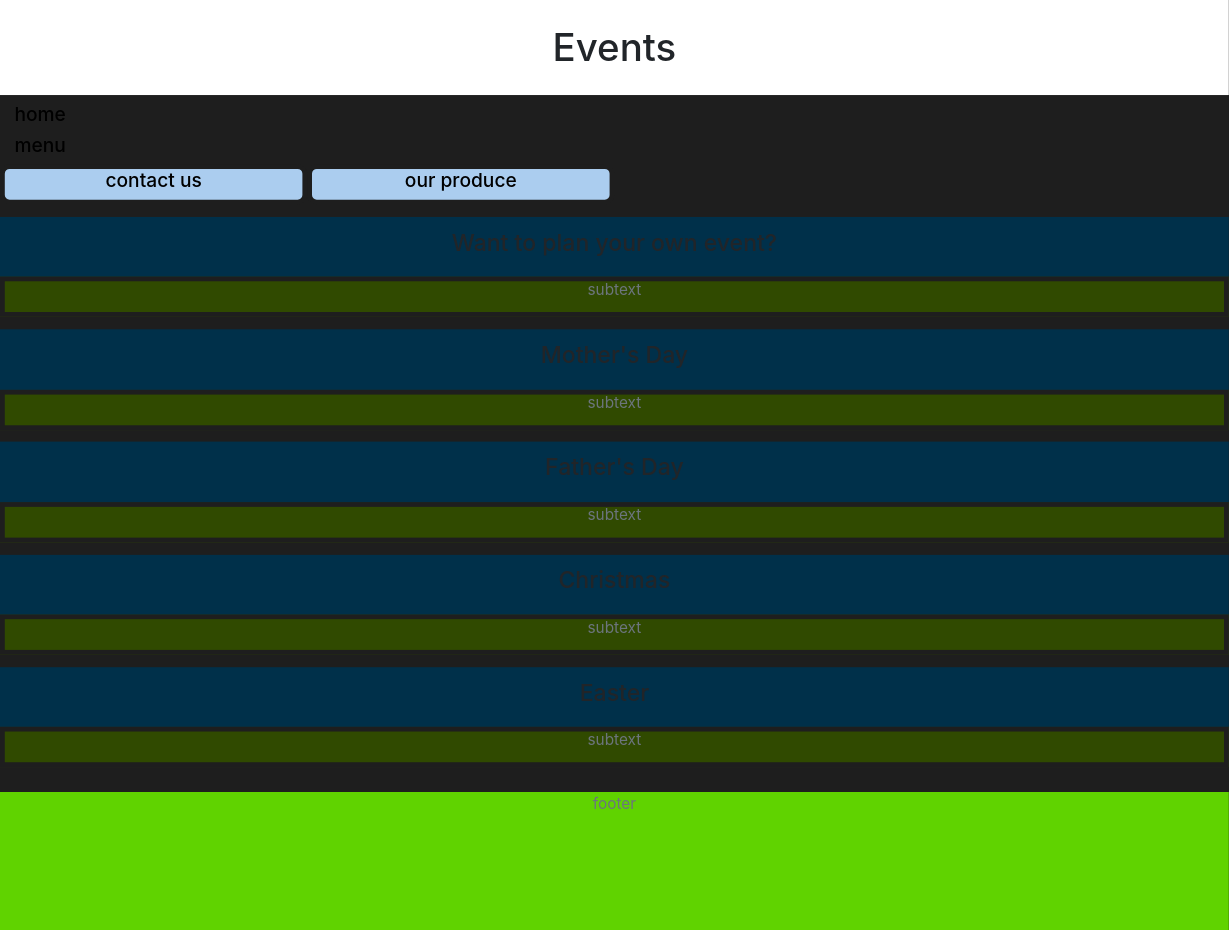
Repository: Code-Institute-Submissions/JamesLStudent-Milestone_One
Page: events.html
The author's editor kept a record of every edit. The page is drawn from the files as they stood at one moment, then again after the next edit.
The browser window is 1280 px wide. The pictures show the whole page, at 96% of full size.

Above is the page before.
Console error: TypeError: Cannot read properties of undefined (reading 'fn')

### events.html
<!DOCTYPE html>
<html lang="en">

<head>
    <meta charset="UTF-8">
    <meta name="viewport" content="width=device-width, initial-scale=1.0">
    <meta http-equiv="X-UA-Compatible" content="ie=edge">
    <title>Welcome to (whatever)</title>
    <link href="Assets/main.css" rel="stylesheet" type="text/css" />
    <link rel="stylesheet" href="https://stackpath.bootstrapcdn.com/bootstrap/4.3.1/css/bootstrap.min.css" integrity="sha384-ggOyR0iXCbMQv3Xipma34MD+dH/1fQ784/j6cY/iJTQUOhcWr7x9JvoRxT2MZw1T" crossorigin="anonymous">
    <script src="https://stackpath.bootstrapcdn.com/bootstrap/4.3.1/js/bootstrap.min.js" integrity="sha384-JjSmVgyd0p3pXB1rRibZUAYoIIy6OrQ6VrjIEaFf/nJGzIxFDsf4x0xIM+B07jRM" crossorigin="anonymous"></script>
</head>

<body class="bg">
    <div class="h1-box">
    <h1>Events</h1>
    </div>
    <a href="index.html">
        <div class="col-6 col-md-12 col-lg-3 navigation-item black-text">
            <h5>home</h5>
        </div>
    </a>
    <a href="menu.html">
        <div class="col-6 col-md-12 col-lg-3 navigation-item black-text">
            <h5>menu</h5>
        </div>
    </a>
    <a href="contacts.html">
        <div class="col-12 col-md-12 col-lg-3 c black-text">
            <h5>contact us</h5>
        </div>
    </a>
    <a href="produce.html">
        <div class="col-12 col-md-12 col-lg-3 d black-text">
            <h5>our produce</h5>
        </div>
    </a>
    <div class="centerer">
        <div class="subtitle">
            <h4>Want to plan your own event?</h4>
        </div>
        <div class="sub-box">
            <p class="text-muted">subtext</p>
        </div>
        <div class="subtitle">
            <h4>Mother's Day</h4>
        </div>
        <div class="sub-box">
            <p class="text-muted">subtext</p>
        </div>
        <div class="subtitle">
            <h4>Father's Day</h4>
        </div>
        <div class="sub-box">
            <p class="text-muted">subtext</p>
        </div>
        <div class="subtitle">
            <h4>Christmas</h4>
        </div>
        <div class="sub-box">
            <p class="text-muted">subtext</p>
        </div>
        <div class="subtitle">
            <h4>Easter</h4>
        </div>
        <div class="sub-box">
            <p class="text-muted">subtext</p>
        </div>
        <footer>
            <div class="footer">
                <p class="text-muted">footer</p>
            </div>
        </footer>
    </div>
</body>

</html>

### Assets/main.css
/*----------------- STYLES APPEARING ON MULTIPLE PAGES -----------------*/

.bg {
    position: absolute;
    top: 0;
    left: 0;
    bottom: 0;
    right: 0;
    display: block;
    background-color: #1e1e1e;
}

h1 {
    background-color: #FFFFFF;
    text-align: center;
    min-height: 40px;
    height: auto;
    padding: 2% 0 2% 0;
}

.h1-box {
    margin-bottom:
}

.subtitle {
    text-align: center;
    padding: 3% 0 3% 0;
    margin: 5% 0 0 0;
    display: inline-block;
    width: 100%;
    min-height: 15px;
    height: auto;
    background-color: #00304A
}

.black-text {
    color: black;
}

footer {
    height: 20%;
    display: block;
    bottom: 0;
    position: relative;
}

.footer {
    display: inline-block;
    margin-top: 5%;
    width: 100%;
    height: 100%;
    background-color: #60D300;
}

.centerer {
    height: 100%;
    text-align: center;
}

/*----------------- MAIN NAV ITEMS -----------------*/

.a {
    background-color: #ABCDEF;
    float: left;
    text-align: center;
    border-radius: 10px;
    border: 5px solid #1e1e1e;
}

.b {
    background-color: #ABCDEF;
    float: left;
    text-align: center;
    border-radius: 10px;
    border: 5px solid #1e1e1e;
}

.c {
    background-color: #ABCDEF;
    float: left;
    text-align: center;
    border-radius: 10px;
    border: 5px solid #1e1e1e;
}

.d {
    background-color: #ABCDEF;
    float: left;
    text-align: center;
    border-radius: 10px;
    border: 5px solid #1e1e1e;
}

/*----------------- HOMEPAGE STYLE -----------------*/

.history {
    margin: 5% 2% 0 2%;
    display: inline-block;
    text-align: center;
    width: 96%;
    height: 50%;
    background-color: #FF7400;
}

.alt-link {
    margin: 5% 2% 0 2%;
    display: inline-block;
    text-align: center;
    width: 96%;
    height: 15%;
    background-color: #FF0000;
}

/*----------------- MENU STYLE -----------------*/

.menu-item {
    background-color: #304A00;
    height: 30%;
    border: 5px solid #1e1e1e;
}

.small-link {
    line-height: 100%;
    display: inline-block;
    text-align: center;
    height: auto;
    background-color: #4A0030;
    border-radius: 10px;
    border: 5px solid #1e1e1e;
    color: #FFFFFF;
}

.spacer {
    margin-top: 5%;
}

.vert-align {
    position: relative;
    top: 50%;
    transform: translateY(-50%);
}

/*----------------- EVENTS STYLE -----------------*/

.sub-box {
    background-color: #304A00;
    height: auto;
    border: 5px solid #1e1e1e;
    line-height: 100%;
}

/*----------------- TABLET MEDIA QUERIES -----------------*/

@media (min-width: 768px) {
    .footer {
        margin-top: 3%;
    }
    .history {
        margin-top: 3%;
    }
    .alt-link {
        margin-top: 4%;
    }
    .subtitle {
        margin-top: 2%;
        padding: 1% 0 1% 0;
    }
    .spacer {
        margin-top: 3%;
    }
}

/*----------------- DESKTOP MEDIA QUERIES -----------------*/

@media (min-width: 992px) {
        .footer {
        margin-top: 2%;
    }
    .history {
        margin-top: 1%;
    }
    .alt-link {
        margin-top: 1%;
    }
    .subtitle {
        margin-top: 1%;
    }
    .spacer {
        margin-top: 1%;
    }
}

After the next edit:
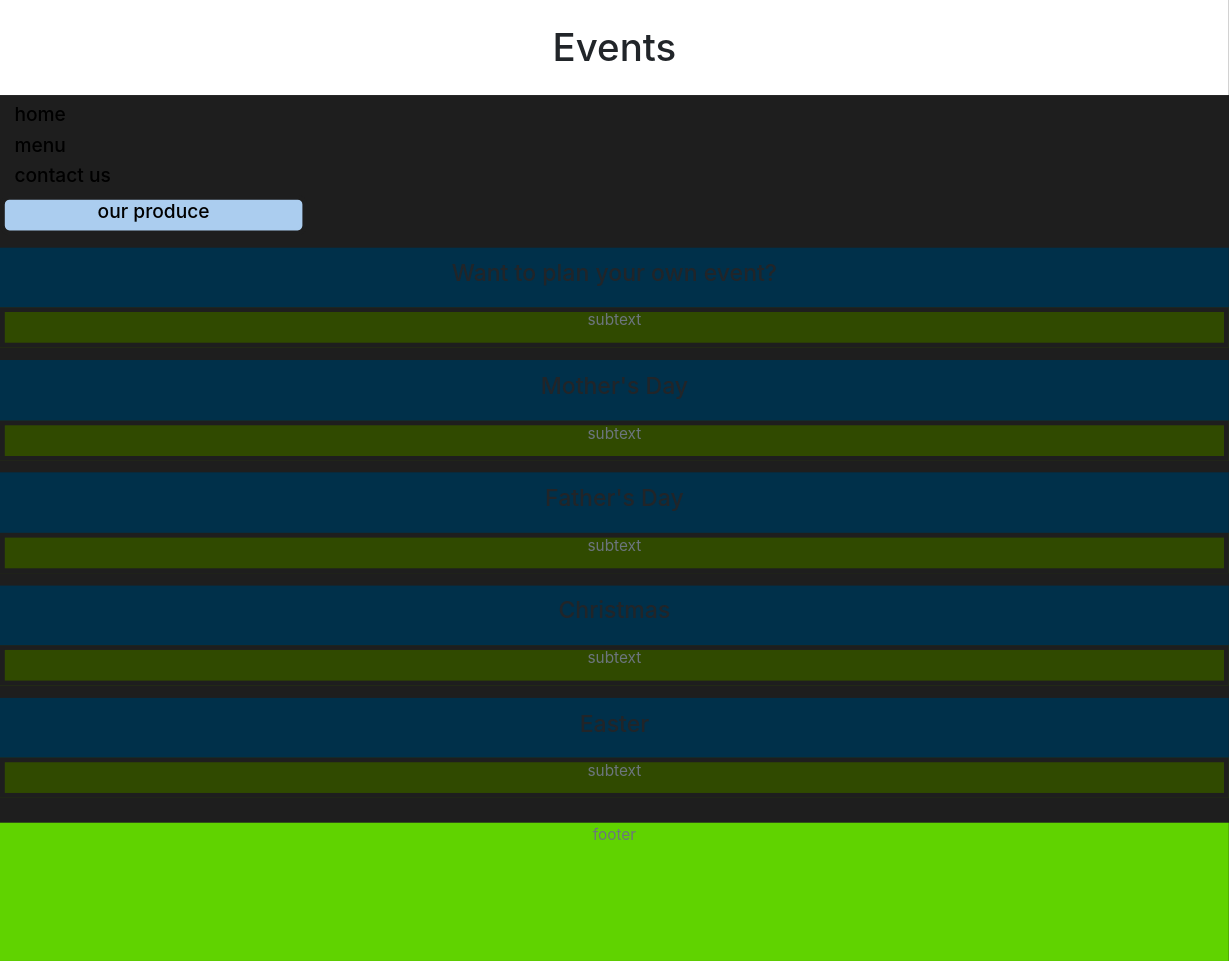
The edit:
--- a/events.html
+++ b/events.html
@@ -26,7 +26,7 @@
         </div>
     </a>
     <a href="contacts.html">
-        <div class="col-12 col-md-12 col-lg-3 c black-text">
+        <div class="col-12 col-md-12 col-lg-3 navigation-item black-text">
             <h5>contact us</h5>
         </div>
     </a>
